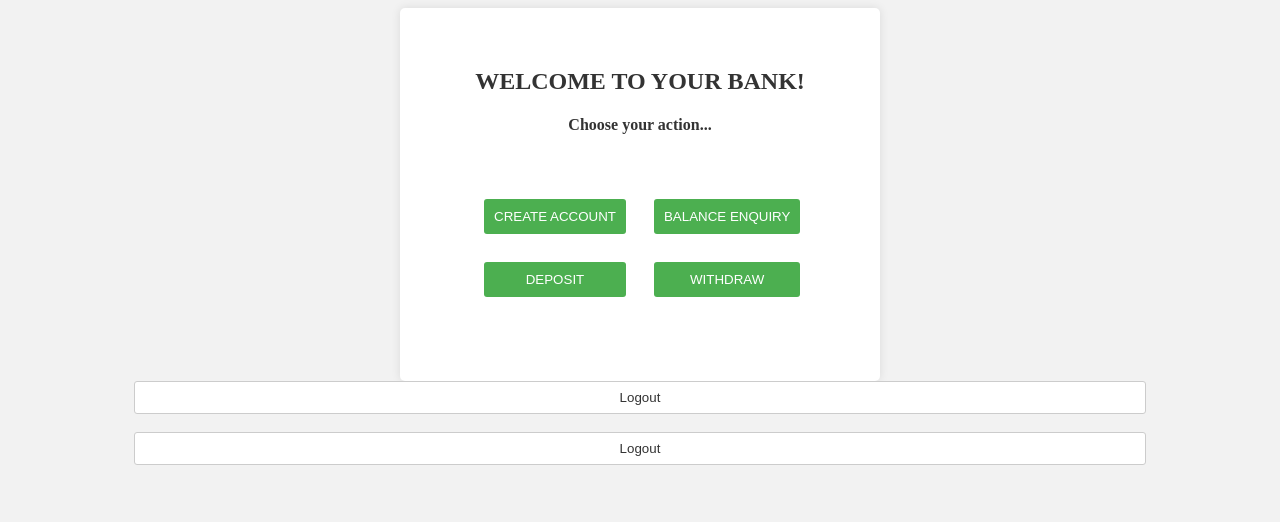
Repository: mansistic-0n3/Java_IGT
Page: Java Project/BankJSP/src/main/webapp/Home.html
These files come from the project's save history. The page is drawn as it stood at one moment and after the next save; the edit follows.
The browser window is 1280 px wide. The pictures show the whole page.

Above is the page before, as saved 2023-06-30 05:00:37.

### Java Project/BankJSP/src/main/webapp/Home.html
<!DOCTYPE html>
<html>
<head>
  <title>BANK</title>
</head>
<body style="background-color: #f2f2f2; text-align:center;">
<div style="max-width: 400px; margin: 0 auto; padding: 40px; background-color: #ffffff; border-radius: 5px; box-shadow: 0 0 10px rgba(0, 0, 0, 0.1);">
 <h2 style="text-align: center; color: #333333;">WELCOME TO YOUR BANK!</h2>
 <h4 style="text-align: center; color: #333333;">Choose your action...</h4>
  <div style="display: grid; grid-template-columns: repeat(2, 1fr); gap: 20px; max-width: 400px; margin: 0 auto; padding: 40px;">
   <form action="create.html"> <div style="text-align: center;padding:4px;">
      <input type="submit" value = "CREATE ACCOUNT" style="width: 100%; padding: 10px; border-radius: 3px; border: none; background-color: #4CAF50; color: #ffffff; cursor: pointer;">
    </div></form>
    <form action="Bal.html"> <div style="text-align: center;padding:4px;">
      <input type="submit" value = "BALANCE ENQUIRY" style="width: 100%; padding: 10px; border-radius: 3px; border: none; background-color: #4CAF50; color: #ffffff; cursor: pointer;">
    </div></form>
   <form action="Deposit.html"> <div style="text-align: center;padding:4px;">
      <input type="submit" value = "DEPOSIT" style="width: 100%; padding: 10px; border-radius: 3px; border: none; background-color: #4CAF50; color: #ffffff; cursor: pointer;">
    </div></form>
    <form action="Withdraw.html"> <div style="text-align: center; padding:4px;">
      <input type="submit" value = "WITHDRAW" style="width: 100%; padding: 10px; border-radius: 3px; border: none; background-color: #4CAF50; color: #ffffff; cursor: pointer;">
    </div></form>

  </div>

      </div>
      <form action="login.html">
        <input type="submit" value="Logout" style="width: 80%; padding: 8px; border-radius: 3px; border: 1px solid #cccccc; background-color: #ffffff; color: #333333; cursor: pointer;">
      <br><br></form>
      <form action="login.html">
        <input type="submit" value="Logout" style="width: 80%; padding: 8px; border-radius: 3px; border: 1px solid #cccccc; background-color: #ffffff; color: #333333; cursor: pointer;">
      <br><br></form>
</body>
</html>

After the next save:
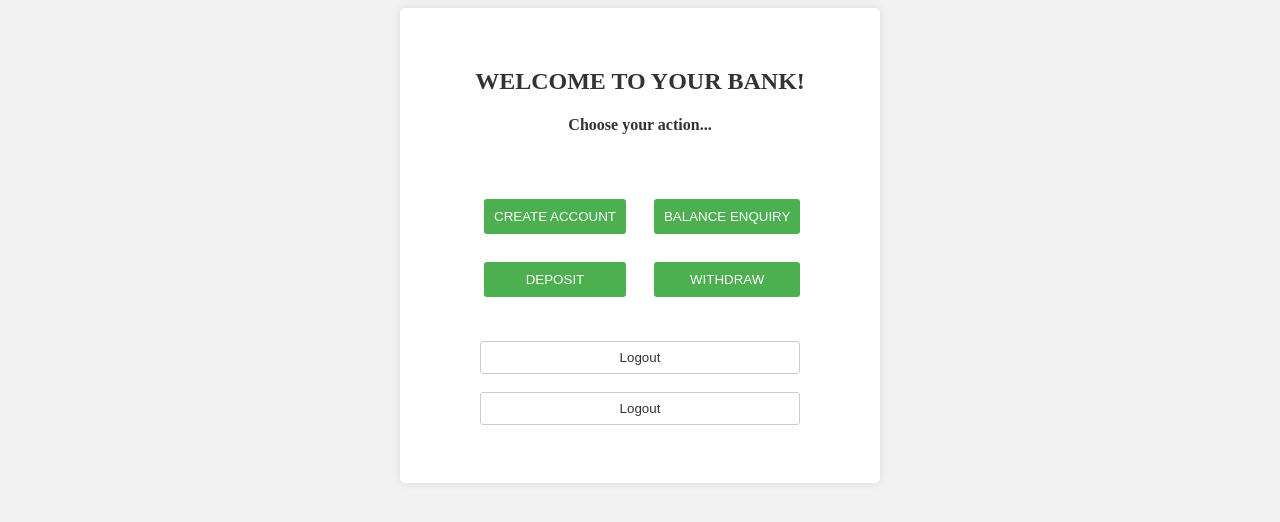
Saved 79 s later.
--- a/Java Project/BankJSP/src/main/webapp/Home.html
+++ b/Java Project/BankJSP/src/main/webapp/Home.html
@@ -23,12 +23,12 @@
 
   </div>
 
-      </div>
+
       <form action="login.html">
         <input type="submit" value="Logout" style="width: 80%; padding: 8px; border-radius: 3px; border: 1px solid #cccccc; background-color: #ffffff; color: #333333; cursor: pointer;">
       <br><br></form>
       <form action="login.html">
         <input type="submit" value="Logout" style="width: 80%; padding: 8px; border-radius: 3px; border: 1px solid #cccccc; background-color: #ffffff; color: #333333; cursor: pointer;">
-      <br><br></form>
+      <br><br></form></div>
 </body>
 </html>
